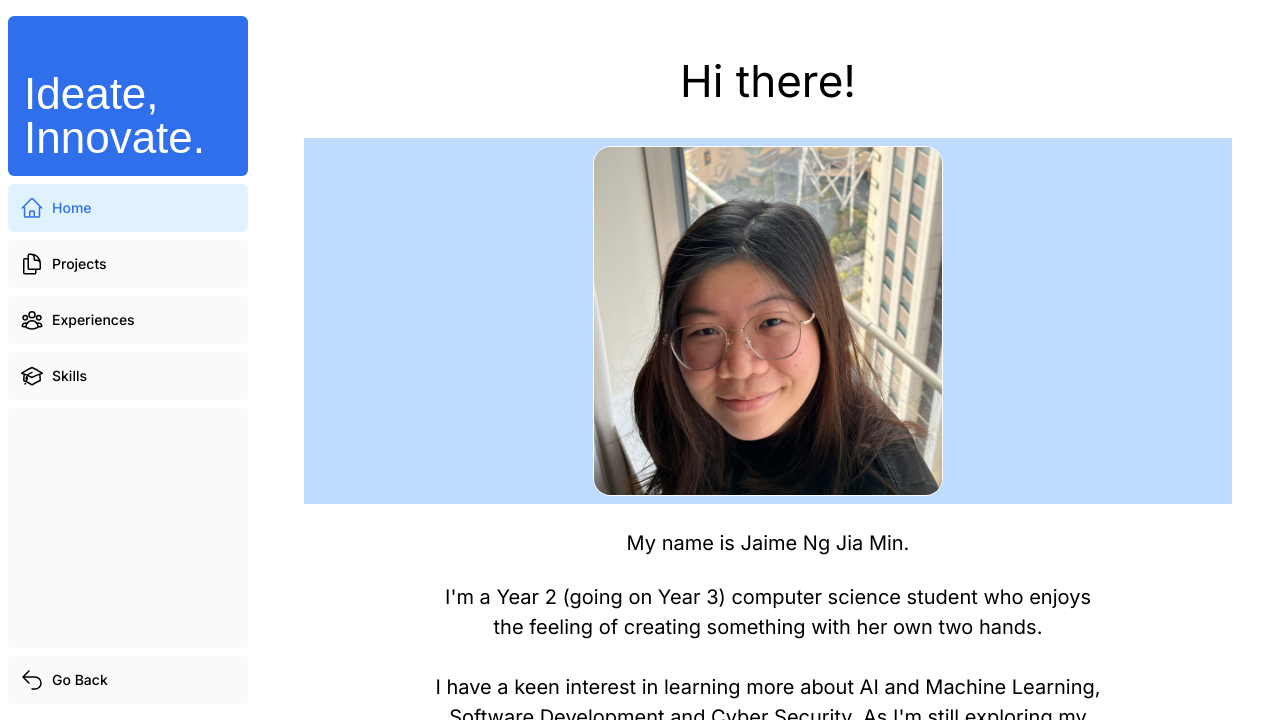
Repository: ThatGirlJam/jaime-portfolio
Page: /dashboard
These files come from the project's save history. The page is drawn as it stood at one moment and after a run of saves; the edit follows.
The browser window is 1280 px wide. The pictures show the whole page.
An inner scrolling area shows only its first screen. Some web fonts or font styles are not loaded; a fallback is used. The project was rebuilt for these pictures with package versions that can differ from the ones it lists, and the page was loaded fresh each time. The framework's server and built-in components were replaced by stand-ins that run in the browser. Also part of the build but not shown: next.config.js.

Above is the page before, as saved 2024-04-10 00:45:03.

After the next 6 saves:
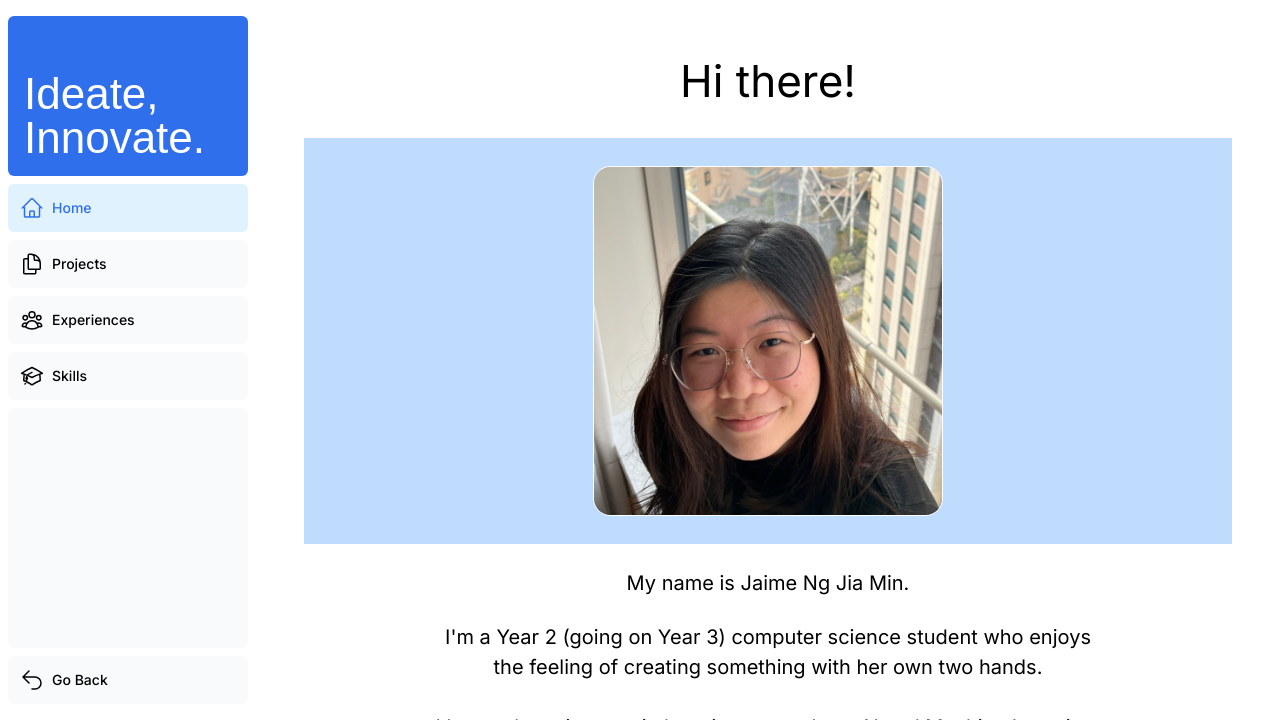
The 6 saves are shown as one change because they came seconds apart.
The last was saved 20 s later.
--- a/app/dashboard/page.tsx
+++ b/app/dashboard/page.tsx
@@ -23,7 +23,7 @@ export default function Page() {
       <p className="text-[44px]"> Hi there! </p>
       <br/>
 
-      <div className="bg-blue-200 py-2">
+      <div className="bg-blue-200 py-7">
         <div style={divStyle}>
           <Image
             src="/jaime-linkedin-photo.jpeg"
